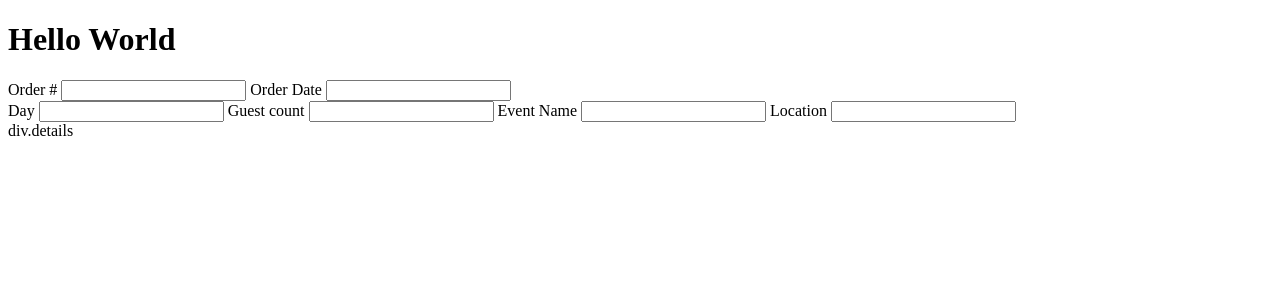
Repository: pmbyrd/rgp-catering
Page: index.html
An editor plug-in stored every save of this project. The page is shown before and after the next save, followed by the edit.
The browser window is 1280 px wide. The pictures show the whole page.

Above is the page before, as saved 2023-12-04 17:12:33.

After the next save:
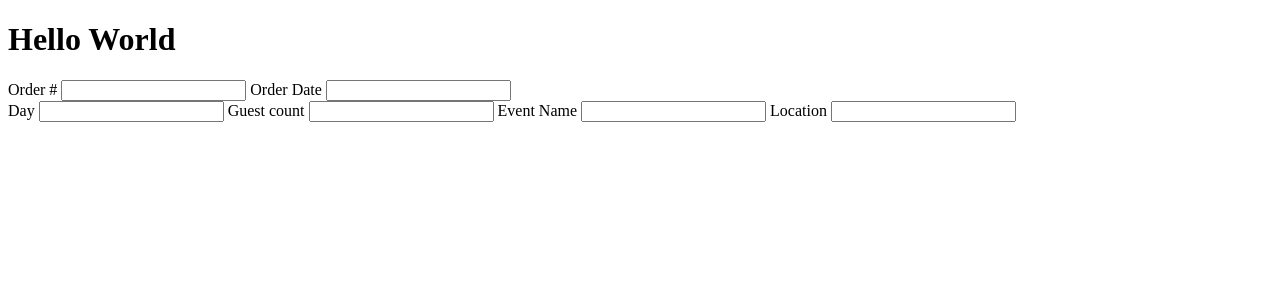
Saved 4 s later.
--- a/index.html
+++ b/index.html
@@ -27,7 +27,9 @@
                 <label for="location">Location</label>
                 <input type="text" id="location">
             </div>
-            div.details
+            <div class="details-times">
+
+            </div>
         </div>
     </form>
     <script src="index.js"></script>
